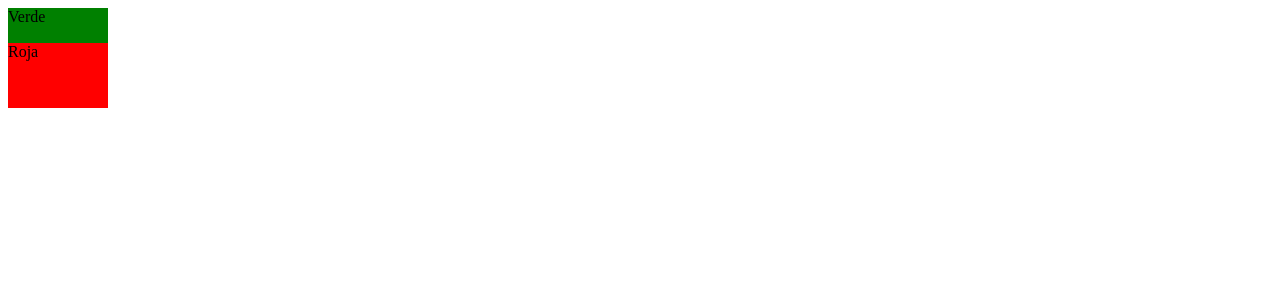
Repository: carrascomcesar/ShopIt
Page: i.html
The author's editor kept a copy of each file at every save. The page is drawn from the files as they stood at one save, then again after the next save.
The browser window is 1280 px wide. The pictures show the whole page.

Above is the page before, as saved 2021-03-27 13:29:43.

### i.html
<!DOCTYPE html>
<html lang="en">
<head>
    <meta charset="UTF-8">
    <meta http-equiv="X-UA-Compatible" content="IE=edge">
    <meta name="viewport" content="width=device-width, initial-scale=1.0">
    <link rel="stylesheet" href="i.css">
    <title>Document</title>
</head>
<body>
    <div id="first">
        <div id="second">Verde</div>
        Roja
    </div>
</body>
</html>

### i.css
#first {
  width: 100px;
  height: 100px;
  background: red;
  overflow: hidden;
}

#first #second {
  position: relative;
  width: 100%;
  height: 35%;
  background: green;
}

After the next save:
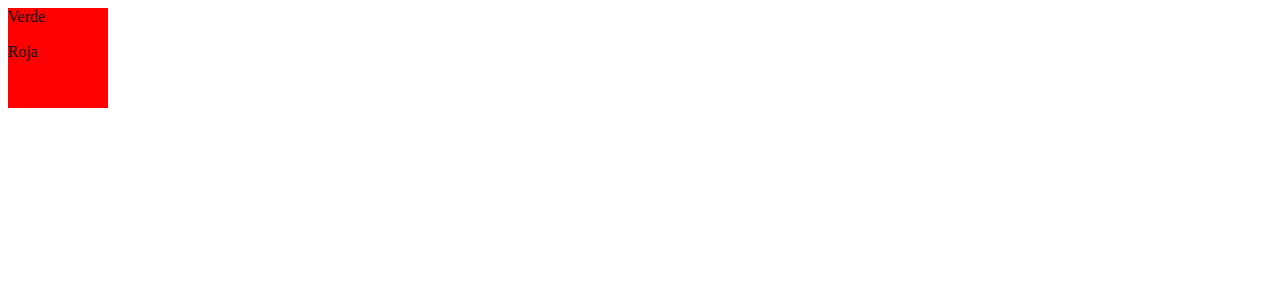
Saved 37 s later.
--- a/i.css
+++ b/i.css
@@ -9,5 +9,7 @@
   position: relative;
   width: 100%;
   height: 35%;
+  margin: auto;
+  margin:
   background: green;
 }
